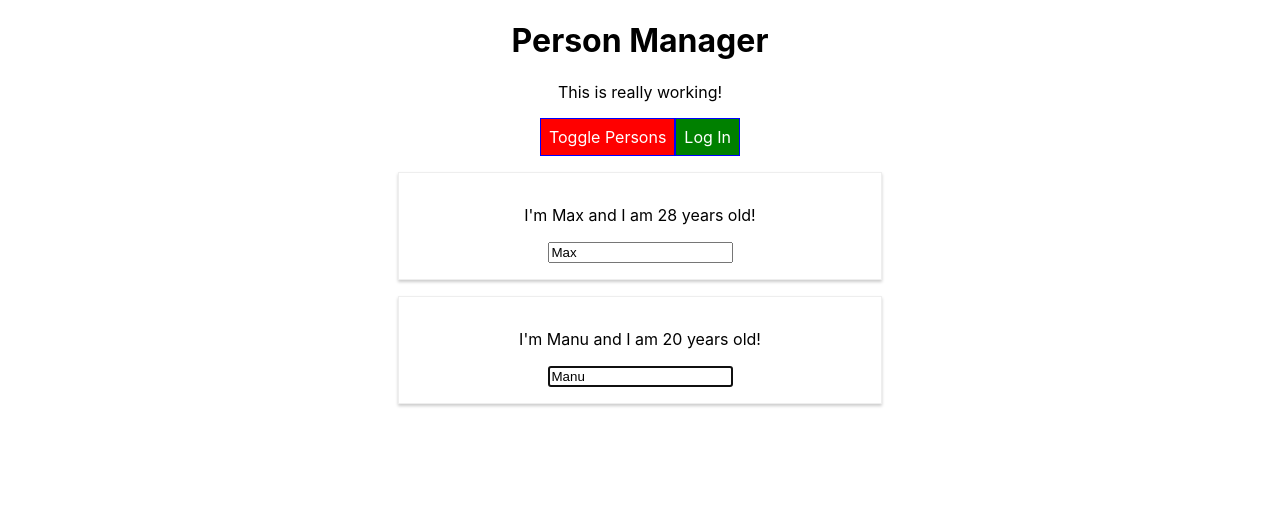
Repository: AidanHak/udemy-react-guide
Page: /
An editor plug-in stored every save of this project. The page is shown before and after the next save, followed by the edit.
The browser window is 1280 px wide. The pictures show the whole page.
The project was rebuilt for these pictures with package versions that can differ from the ones it lists, and the page was loaded fresh each time. Also part of the build but not shown: src/components/ErrorBoundary/ErrorBoundary.js.

Above is the page before, as saved 2021-03-09 14:59:15.

After the next save:
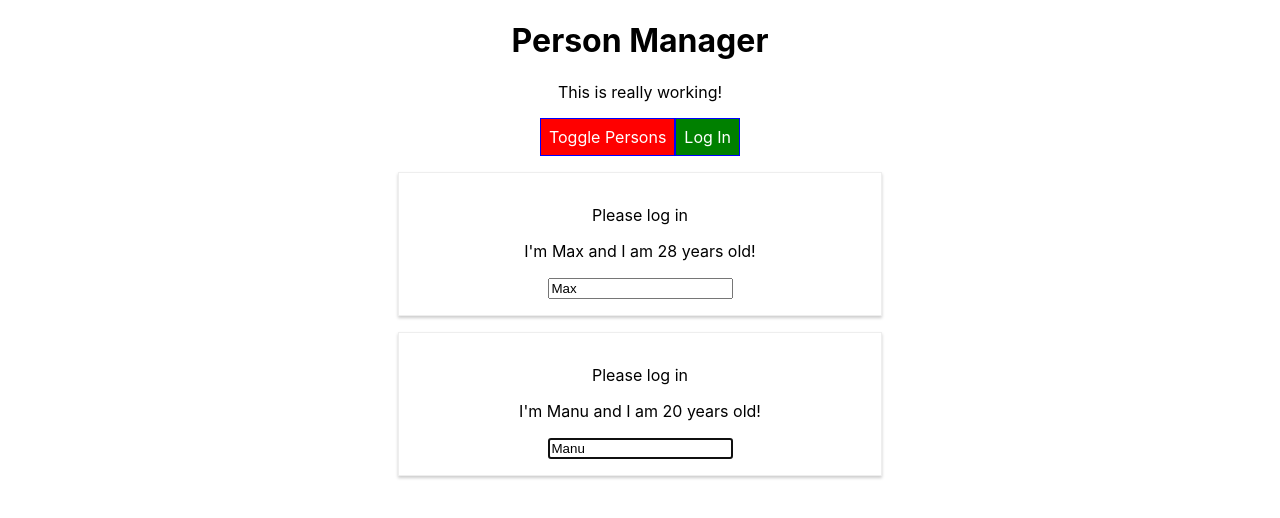
Saved 29 s later.
--- a/src/components/Persons/Person/Person.js
+++ b/src/components/Persons/Person/Person.js
@@ -20,6 +20,7 @@ class Person extends Component {
 		console.log('[Person.js] rendering...');
 		return (
 			<Auxiliary>
+				{this.props.isAuth ? <p>Authenticated!</p> : <p>Please log in</p>}
 				<p key="pI1" onClick={this.props.click}>I'm {this.props.name} and I am {this.props.age} years old!</p>
 				<p key="pI2">{this.props.children}</p>
 				<input
